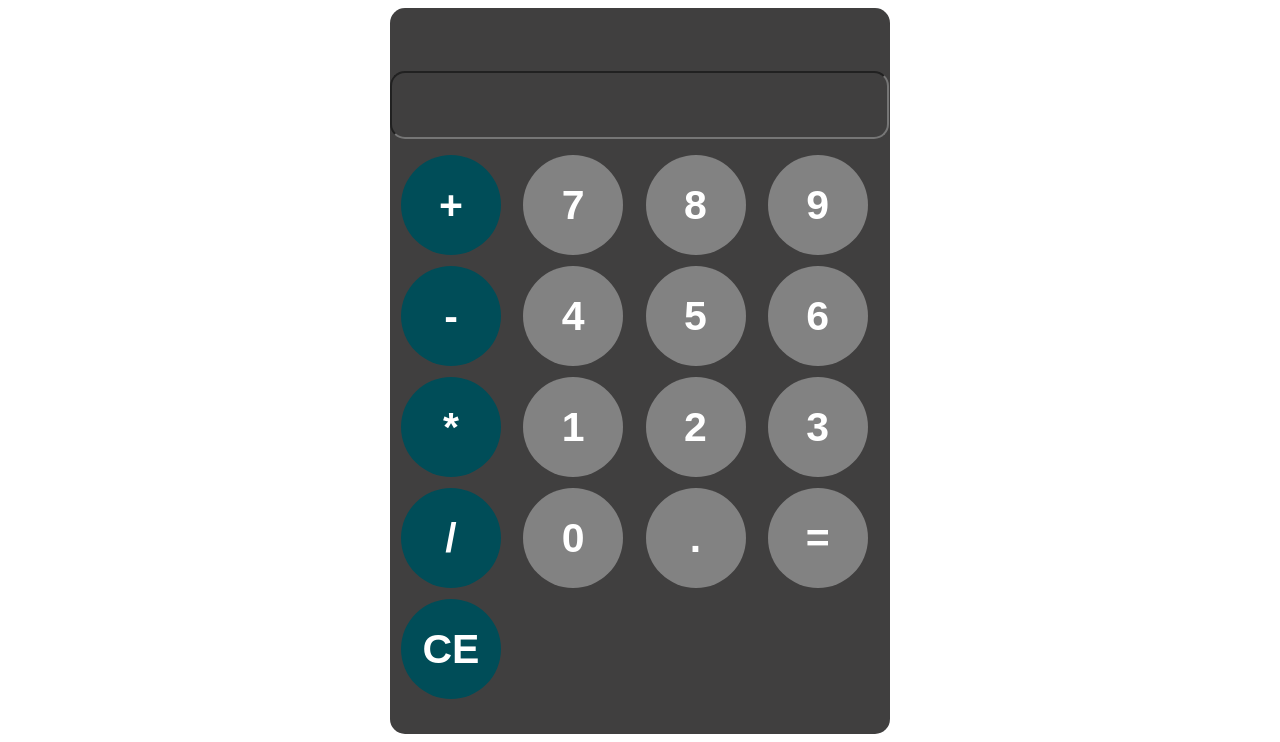
Repository: rkrukshan/JS-Calculator
Page: index.html
An editor plug-in stored every save of this project. The page is shown before and after the next save, followed by the edit.
The browser window is 1280 px wide. The pictures show the whole page.

Above is the page before, as saved 2024-09-02 14:19:57.

After the next save:
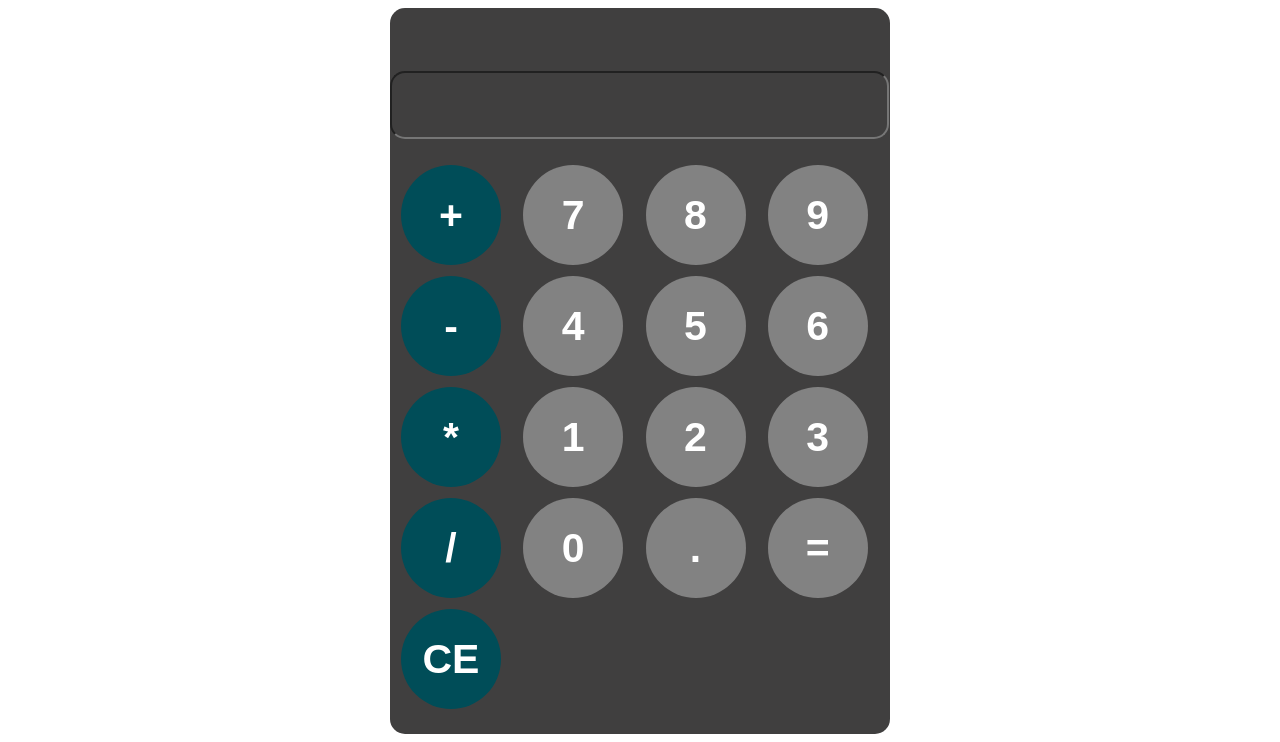
Saved 11 s later.
--- a/style.css
+++ b/style.css
@@ -21,7 +21,7 @@
   background-color: transparent;
 }
 #buttons {
-  margin: 5px 0px;
+  margin: 15px 0px;
   display: grid;
   grid-template-columns: repeat(4, 1fr);
   align-items: center;
